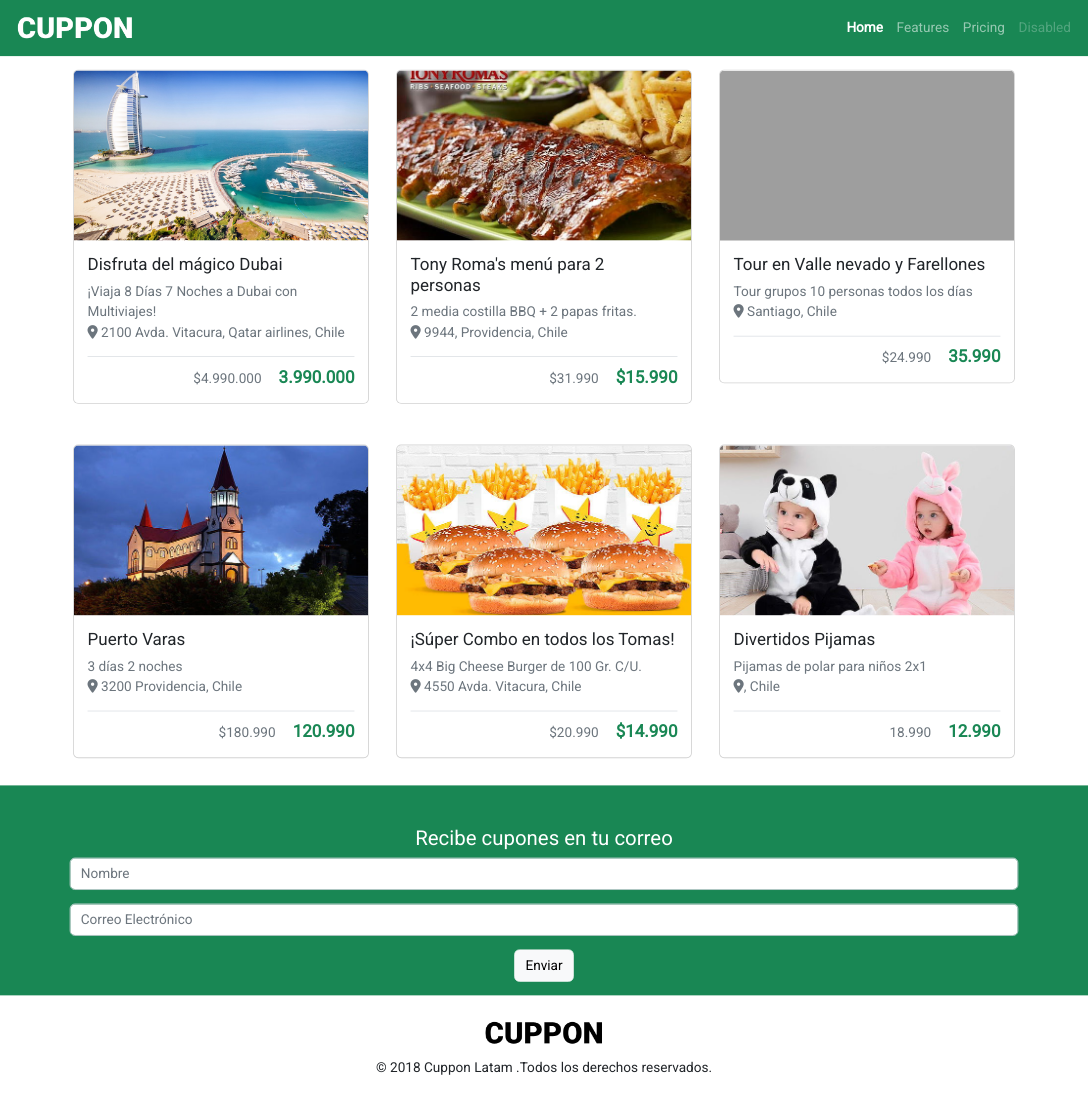
Repository: Yasna2112/Portafolio_CUPPON
Page: index.html
An editor plug-in stored every save of this project. The page is shown before and after the next save, followed by the edit.
The browser window is 1280 px wide. The pictures show the whole page, at 85% of full size.
Pictures or frames that could not be fetched are drawn as grey boxes. Some web libraries are served in a nearby version.

Above is the page before, as saved 2022-07-25 20:28:37.

### index.html
<!DOCTYPE html>
<html lang="en">

<head>
    <meta charset="UTF-8">
    <meta http-equiv="X-UA-Compatible" content="IE=edge">
    <meta name="viewport" content="width=device-width, initial-scale=1.0">
    <title>Cuppon</title>

    <!-- CSS only -->
    <link href="https://cdn.jsdelivr.net/npm/bootstrap@5.2.0-beta1/dist/css/bootstrap.min.css" rel="stylesheet" integrity="sha384-0evHe/X+R7YkIZDRvuzKMRqM+OrBnVFBL6DOitfPri4tjfHxaWutUpFmBp4vmVor" crossorigin="anonymous">

    <!--Googlefont-->
    <link rel="preconnect" href="https://fonts.googleapis.com">
    <link rel="preconnect" href="https://fonts.gstatic.com" crossorigin>
    <link href="https://fonts.googleapis.com/css2?family=Roboto:wght@300;400&display=swap" rel="stylesheet">

    <!--FontAwesome-->
    <script src="https://kit.fontawesome.com/e018fda59c.js" crossorigin="anonymous"></script>

    <!--custom css-->
    <link rel="stylesheet" href="/assets/css/style.css">

</head>

<body>

  <nav class="navbar navbar-expand-lg navbar-dark bg-success">
    <div class="container-fluid">
      <a class="navbar-brand px-2 logo" href="#"> <img src="assets/img/logo-white.png" alt="logo"></a>
      <button class="navbar-toggler" type="button" data-bs-toggle="collapse"
      data-bs-target="#navbarNav" aria-controls="navbarNav" aria-expanded="false"
      aria-label="Toggle navigation">
        <span class="navbar-toggler-icon"></span>
      </button>
      <div class="collapse navbar-collapse" id="navbarNav">
        <ul class="navbar-nav ms-auto">
          <li class="nav-item">
            <a class="nav-link active fw-bold " aria-current="page" href="#">Home</a>
          </li>
          <li class="nav-item">
            <a class="nav-link" href="#">Features</a>
          </li>
          <li class="nav-item">
            <a class="nav-link" href="#">Pricing</a>
          </li>
          <li class="nav-item">
            <a class="nav-link disabled">Disabled</a>
          </li>
        </ul>
      </div>
    </div>
  </nav>

  <div class="container">
    <section class="row">

      <div class="col-12 col-sm-4 p-3">
        <div class="card p-0 mb-3">
             <img src="/assets/img/cuppon 1 Dubai.jpg" class="card-img-top"  alt="Viaja a Dubai">
          <div class="card-body">
             <h5 class="card-title">Disfruta del mágico Dubai</h5>
             <p class="card-text text-secondary">¡Viaja 8 Días 7 Noches a Dubai con Multiviajes!<br />
             <i class="fa-solid fa-location-dot"></i> 2100 Avda. Vitacura, Qatar airlines, Chile</p>
          <div class="text-end border-top pt-2 mt-2">
             <span class="text-secondary">$4.990.000 </span>
             <span class="text-success fw-bold precio ms-3">3.990.000  </span>
          </div>
          </div>
        </div>
      </div>


      <div class="col-12 col-sm-4 p-3">
        <div class="card p-0 mb-3">
             <img src="/assets/img/carnitas asadas.jpg" class="card-img-top"  alt="Menú para dos personas">
          <div class="card-body">
             <h5 class="card-title">Tony Roma's menú para 2 personas</h5>
             <p class="card-text text-secondary">2 media costilla BBQ + 2 papas fritas.<br />
             <i class="fa-solid fa-location-dot"></i> 9944, Providencia, Chile </p>
          <div class="text-end border-top pt-2 mt-2">
             <span class="text-secondary">$31.990</span>
             <span class="text-success fw-bold precio ms-3">$15.990  </span>
          </div>
          </div>
        </div>
      </div>


      <div class="col-12 col-sm-4 p-3">
        <div class="card p-0 mb-3">
             <img src="/assets/img/girl-learning-to-snowboard-at-mountain-resort-with-the-ski-lift-in-the-background (1).jpg" class="card-img-top"  alt="Tour Valle Nevado y Farellones">
          <div class="card-body">
             <h5 class="card-title">Tour en Valle nevado y Farellones</h5>
             <p class="card-text text-secondary">Tour grupos 10 personas todos los días<br />
             <i class="fa-solid fa-location-dot"></i> Santiago, Chile </p>
          <div class="text-end border-top pt-2 mt-2">
             <span class="text-secondary">$24.990</span>
             <span class="text-success fw-bold precio ms-3">35.990  </span>
          </div>
          </div>
        </div>
      </div>


      <div class="col-12 col-sm-4 p-3">
        <div class="card p-0 mb-3">
             <img src="/assets/img/p varas.jpg" class="card-img-top"  alt="Viaja a Puerto Varas.">
          <div class="card-body">
             <h5 class="card-title">Puerto Varas</h5>
             <p class="card-text text-secondary">3 días 2 noches<br />
             <i class="fa-solid fa-location-dot"></i> 3200 Providencia, Chile </p>
          <div class="text-end border-top pt-2 mt-2">
             <span class="text-secondary">$180.990</span>
             <span class="text-success fw-bold precio ms-3">120.990  </span>
          </div>
          </div>
        </div>
      </div>


      <div class="col-12 col-sm-4 p-3">
        <div class="card p-0 mb-3">
             <img src="/assets/img/hamburguesa.jpg" class="card-img-top"  alt="Combo hamburguesas">
          <div class="card-body">
             <h5 class="card-title">¡Súper Combo en todos los Tomas!</h5>
             <p class="card-text text-secondary">4x4 Big Cheese Burger de 100 Gr. C/U.<br />
             <i class="fa-solid fa-location-dot"></i> 4550 Avda. Vitacura, Chile </p>
          <div class="text-end border-top pt-2 mt-2">
             <span class="text-secondary"> $20.990</span>
             <span class="text-success fw-bold precio ms-3"> $14.990  </span>
          </div>
          </div>
        </div>
      </div>


      <div class="col-12 col-sm-4 p-3">
        <div class="card p-0 mb-3">
             <img src="/assets/img/pijamas niños.jpg" class="card-img-top"  alt="Pijamas">
          <div class="card-body">
             <h5 class="card-title">Divertidos Pijamas</h5>
             <p class="card-text text-secondary">Pijamas de polar para niños 2x1<br />
             <i class="fa-solid fa-location-dot"></i>, Chile </p>
          <div class="text-end border-top pt-2 mt-2">
             <span class="text-secondary">18.990</span>
             <span class="text-success fw-bold precio ms-3">12.990  </span>
          </div>
          </div>
        </div>
      </div>

    </section>
  </div>

    <section class="bg-success pt-5 pb-3 mb-4">
      <form class="container text-center">
        <h4 class="text-white">Recibe cupones en tu correo</h4>
        <div class="mb-3">
          <input type="text" class="form-control" id="nombre" placeholder="Nombre">
        </div>
        <div class="mb-3">
          <input type="text" class="form-control" id="email" placeholder="Correo Electrónico"> </div>
        </div class='mb-3'>
        <button class="btn btn-light">Enviar</button>
        <div>
      </form>
    </section>

    <footer class="text-center pb-4">
      <h3> <img src="./assets/img/logo-black.png" width="140" alt="Logo 2"></h3>
        <p> © 2018 Cuppon Latam .Todos los derechos reservados. </p>
    </footer>

    <!-- JavaScript Bundle with Popper -->
<script src="https://cdn.jsdelivr.net/npm/bootstrap@5.2.0-beta1/dist/js/bootstrap.bundle.min.js" integrity="sha384-pprn3073KE6tl6bjs2QrFaJGz5/SUsLqktiwsUTF55Jfv3qYSDhgCecCxMW52nD2" crossorigin="anonymous"></script>
</body>

</html>

### Assets/css/style.css
body {
    color:#212529;
    font-family:'Roboto', 'sans-serif';
    font-weight: 300px;
    font-size: 16px;
}

h5 {
    font-size: 20px;
}
.navbar img {
   height: 40px;
    }

.precio {
    font-size: 20px;
    font-weight: 400px;
}
.card img {
    height: 200px;
    object-fit: cover;
    object-position: middle;
}

After the next save:
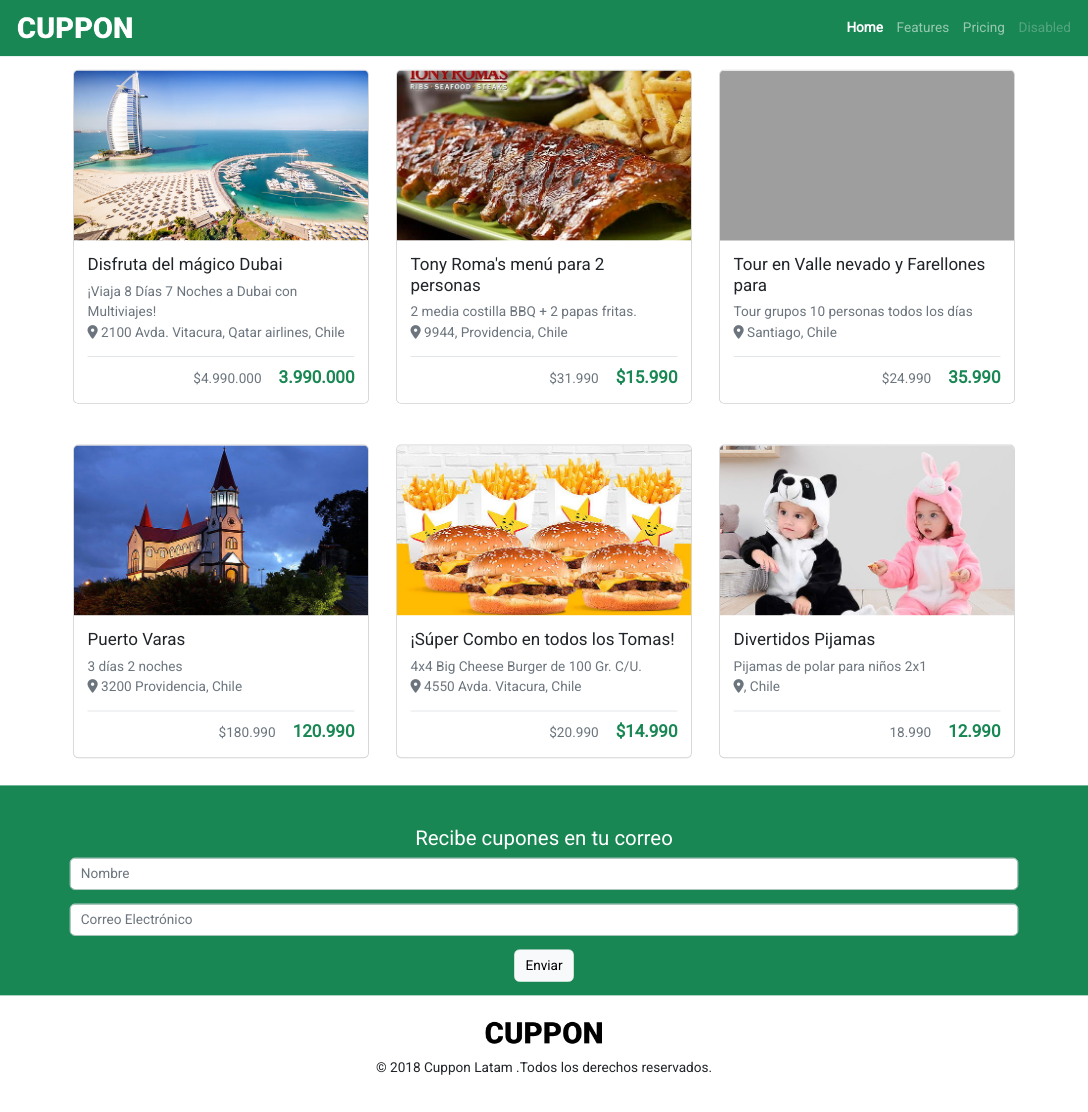
Saved 92 s later.
--- a/index.html
+++ b/index.html
@@ -91,7 +91,7 @@
         <div class="card p-0 mb-3">
              <img src="/assets/img/girl-learning-to-snowboard-at-mountain-resort-with-the-ski-lift-in-the-background (1).jpg" class="card-img-top"  alt="Tour Valle Nevado y Farellones">
           <div class="card-body">
-             <h5 class="card-title">Tour en Valle nevado y Farellones</h5>
+             <h5 class="card-title">Tour en Valle nevado y Farellones para </h5>
              <p class="card-text text-secondary">Tour grupos 10 personas todos los días<br />
              <i class="fa-solid fa-location-dot"></i> Santiago, Chile </p>
           <div class="text-end border-top pt-2 mt-2">
